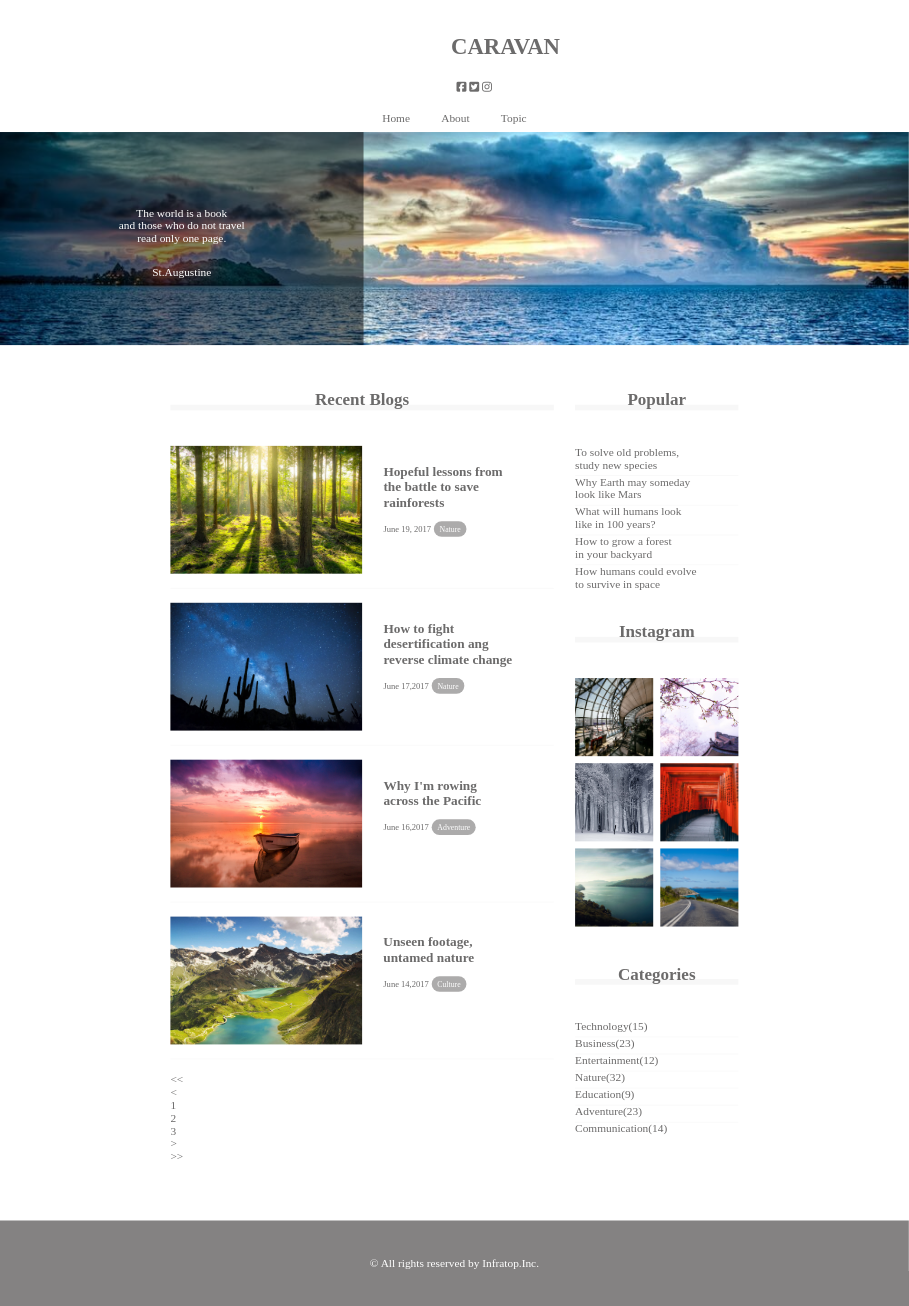
Repository: takanauti/task
Page: caravan/index.html
The author's editor kept a record of every edit. The page is drawn from the files as they stood at one moment, then again after the next edit.
The browser window is 1280 px wide. The pictures show the whole page, at 71% of full size.
Some web libraries are served in a nearby version.

Above is the page before.

### caravan/index.html
<!DOCTYPE html>
<html lang="ja">
  <head>
    <meta charset="UTF-8" />
    <script src="https://kit.fontawesome.com/c3feab150c.js" crossorigin="anonymous"></script>
    <!-- CSSファイルの読み込み -->
    <link rel="stylesheet" href="style.css" />
    <title>CARAVAN</title>
  </head>

  <body>
    <!--header-->
    <header>


　　 <h1 class="heading">
　　   <a href="index.html">
　　  CARAVAN
　　  </a>
　　 </h1>
　　<div class="social">

　  <i class="fab fa-facebook-square"></i>
    <i class="fab fa-twitter-square"></i>
    <i class="fab fa-instagram"></i>

　　</div>
    </header>

    <nav>
     <ul class="nav-list">
       <li class="nav-list-item">
         <a href="index.html">Home</a>
       </li>
       <li class="nav-list-item">About</li>
       <li class="nav-list-item">Topic</li>
     </ul>
    </nav>


        <!-- main-visual用のdiv -->
    <div class="main-visual">
    <div class="main-visual-content">
      <p class="main-visual-text">
        The world is a book<br />
        and those who do not travel<br />
        read only one page.
      </p>
      <p class="main-visual-name">
        St.Augustine
      </p>
    </div>

    </div>

      <!-- main用のdiv -->
   <main>
      <section class="blog">
        <h2 class="blog-heading">Recent Blogs</h2>
        <div class="blog-box">
        <div class="blog-item">
          <img class="blog-image" src="img/forest.jpg"/>
          <section class="blog-text">
            <h3 class="blog-text-heading">
              <a href="single.html">
                Hopeful lessons from<br>
                the battle to save<br>
                rainforests
              </a>
            </h3>
            <p class="blog-date">June 19, 2017</p>
            <span class="category">Nature</span>
          </section>
        </div>
        <div class="blog-item">
        <img class="blog-image" src="img/desert.jpg"/>
        <section class="blog-text">
        <h3 class="blog-text-heading">
        <a href="single.html">
          How to fight <br>
          desertification ang <br>
          reverse climate change
        </a>
        </h3>
        <p class="blog-date">June 17,2017</p>
        <span class="category">Nature</span>
        </section>
        </div>

        <div class="blog-item">
        <img class="blog-image" src="img/sunset.jpg"/>
        <section class="blog-text">
         <h3 class="blog-text-heading">
          <a href="single.html">
            Why I'm rowing <br>
            across the Pacific
          </a>
         </h3>
         <p class="blog-date">June 16,2017</p>
        <span class="category">Adventure</span>
        </section>
        </div>
        <div class="blog-item">
          <img class="blog-image" src="img/italy.jpg"/>
          <section class="blog-text">
          <h3 class="blog-text-heading">
          <a href="single.html">
           Unseen footage,<br>
           untamed nature
          </a>
          </h3>
          <p class="blog-date">June 14,2017</p>
          <span class="category">Culture</span>
          </section>
        </div>
        </div>

           <div class="pagination">
          <p><<</p>
          <p><</p>
          <p>1</p>
          <p>2</p>
          <p>3</p>
          <p>></p>
          <p>>></p>
        </div>
        </section>
      <div class="sidebar">
        <section class="popular">
        <h2 class="popular-heading common-heading">Popular</h2>
        <div class="sidebar-contents">
        <p class="popular-text">To solve old problems,<br>study new species</p>
        <p class="popular-text">Why Earth may someday<br>look like Mars</p>
            <p class="popular-text">What will humans look<br>like in 100 years?</p>
            <p class="popular-text">How to grow a forest<br>in your backyard</p>
            <p class="popular-text">How humans could evolve<br>to survive in space</p>
        </div>
        </section>

        <section class="instagram">
        <h2 class="instagram-heading common-heading">Instagram</h2>
        <div class="sidebar-contents">
        <div class="instagram-box"></div>
        <div class="instagram-box"></div>
        <div class="instagram-box"></div>
        <div class="instagram-box"></div>
        <div class="instagram-box"></div>
        <div class="instagram-box"></div>
        </div>
        </section>
        <section class="categories">
        <h2 class="categories-heading common-heading">Categories</h2>
        <div class="sidebar-contents">
          <p class="categories-text">Technology(15)</p>
          <p class="categories-text">Business(23)</p>
          <p class="categories-text">Entertainment(12)</p>
          <p class="categories-text">Nature(32)</p>
          <p class="categories-text">Education(9)</p>
          <p class="categories-text">Adventure(23)</p>
          <p class="categories-text">Communication(14)</p>
        </div>
        </section>
      </div>
    </main>



    <!--footer-->
    <footer>
    <p class="footer-text">© All rights reserved by Infratop.Inc.</p>
    </footer>

    </body>
</html>

### caravan/style.css
/* ブラウザがそれぞれ持っているCSSをリセットするための記述 */
* {
  margin: 0;
  padding: 0;
  box-sizing: border-box;
  color: #6c6b6b;
}

a {
  text-decoration: none;
}

header {
  width: 90%; /* 横幅90% */
  padding: 15px 0;
  margin: 0 auto;
  text-align: center;
}

header .heading {
  /* headerタグ内のheadingクラスにのみ反映される */
  font-size: 32px;
}

.nav-list {
  text-align: center;
  padding: 10px 0;
  margin: 0 auto;
}

.nav-list-item {
  list-style: none;
  display: inline-block;
  margin: 0 20px;
}

.main-visual {
  width: 100%; /* 横幅いっぱい */
  height: 300px; /* 高さ300px */
  background-image: url(img/mv.jpg);
  background-size: cover; /* 縦横比を維持したまま背景領域を埋め尽くす */
  background-position: center; /* 背景画像を中央に配置 */
}

.main-visual-content {
  width: 40%; /* 横幅40% */
  height: 300px; /* 親の高さに揃える */
  background-color: rgba(0, 0, 0, 0.5); /* 背景色を半透明の黒にする */
  text-align: center; /* 文字を中央揃えにする */
  padding-top: 105px; /* 上側の内側余白で垂直方向の位置を調整 */
}

.main-visual-text {
  color: #fff; /* 文字色を白に変更 */
}

.main-visual-name {
  margin-top: 30px; /* 上側の外側の余白 */
  color: #fff; /* 文字色を白に変更 */
}

main{
  width:800px;
  display: flex;
  justify-content:center;
  margin:0 auto;
  padding:70px 0;
}

.blog {
  width:540px;
  margin-right: 30px;
}

.blog-heading{
  border-bottom: 8px solid#f7f7f7;
  text-align: center;
  line-height: 0.6;
}

.blog-box{
  padding-top: 50px;
}

.blog-item{
  padding-bottom: 20px;
  margin-bottom: 20px;
  border-bottom: 1px solid #f7f7f7;
  display: flex;
  justify-content:flex-start;
}

.blog-image{
  height: 180px;
}

.blog-text{
  padding: 25px 0 0 30px;
}

.blog-text-heading{
  padding-bottom: 15px;
}

.blog-date{
  font-size: 12px;
  display: inline-block;
}

.category{
  display: inline-block;
  padding: 5px 8px;
  background-color: #acabab;
  border-radius: 30px;
  color:#fff;
  font-size:11px;
}

.sidebar {
  width: 230px;
}

.common-heading{
  border-bottom: 8px solid #f7f7f7;
  text-align: center;
  line-height: 0.6;
}

.sidebar-contents{
  padding: 50px 0;
}

.popular-text,
.categories-text{
 padding-bottom: 5px;
 border-bottom: 1px solid #f7f7f7;
 maegin-bottom:5px;
}

.popular-text:last-child,
.categories-text:last-child {
  margin: 0;
  padding: 0;
  border: none;
}

.instagram .sidebar-contents {
  display: flex;
  flex-wrap: wrap;
}

.instagram-box {
  width: 110px;
  padding-top: 110px;
  background-size: cover;
  background-position: center;
  margin-bottom: 10px;
}

.instagram-box:nth-child(odd) {
  margin: 0 10px 10px 0;
}

.instagram-box:nth-child(1) {
  background-image: url(img/airport.jpg);
}

.instagram-box:nth-child(2) {
  background-image: url(img/japan.jpg);
}

.instagram-box:nth-child(3) {
  background-image: url(img/snow.jpg);
}

.instagram-box:nth-child(4) {
  background-image: url(img/japan2.jpg);
}

.instagram-box:nth-child(5) {
  background-image: url(img/lake.jpg);
}

.instagram-box:nth-child(6) {
  background-image: url(img/road.jpg);
}

footer {
  width: 100%;
  height: 120px;
  text-align: center;
  line-height: 120px;
  background-color: #848282;
}

.footer-text {
  color: #fff;
}

After the next edit:
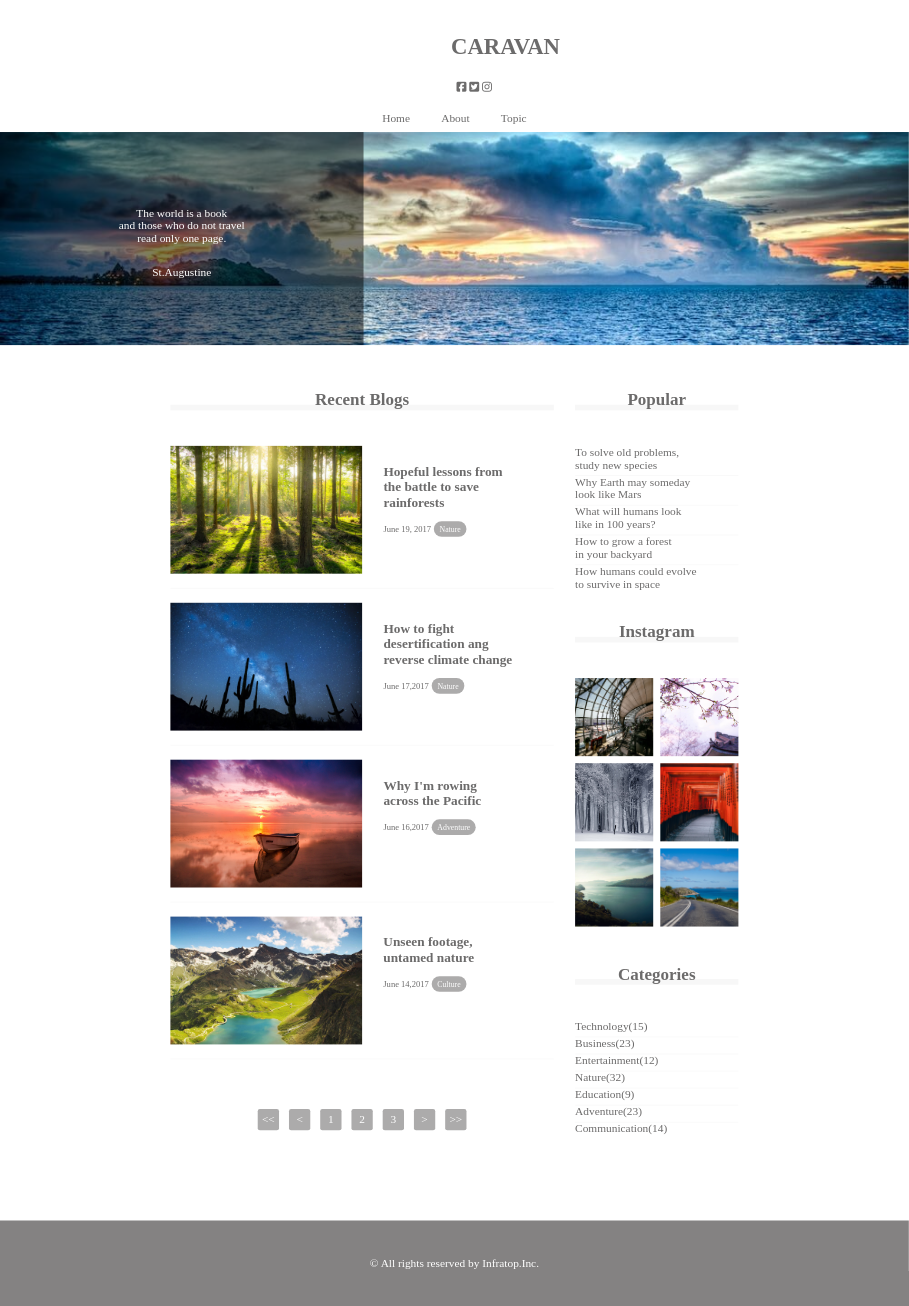
The edit:
--- a/caravan/style.css
+++ b/caravan/style.css
@@ -116,6 +116,21 @@
   font-size:11px;
 }
 
+.pagination {
+  text-align: center;
+  padding-top: 50px;
+}
+
+.pagination p {
+  display: inline-block;
+  width: 30px;
+  height: 30px;
+  margin: 0 5px;
+  color: #fff;
+  background-color: #acabab;
+  border-radius: 3px;
+  line-height: 30px;
+}
 .sidebar {
   width: 230px;
 }
